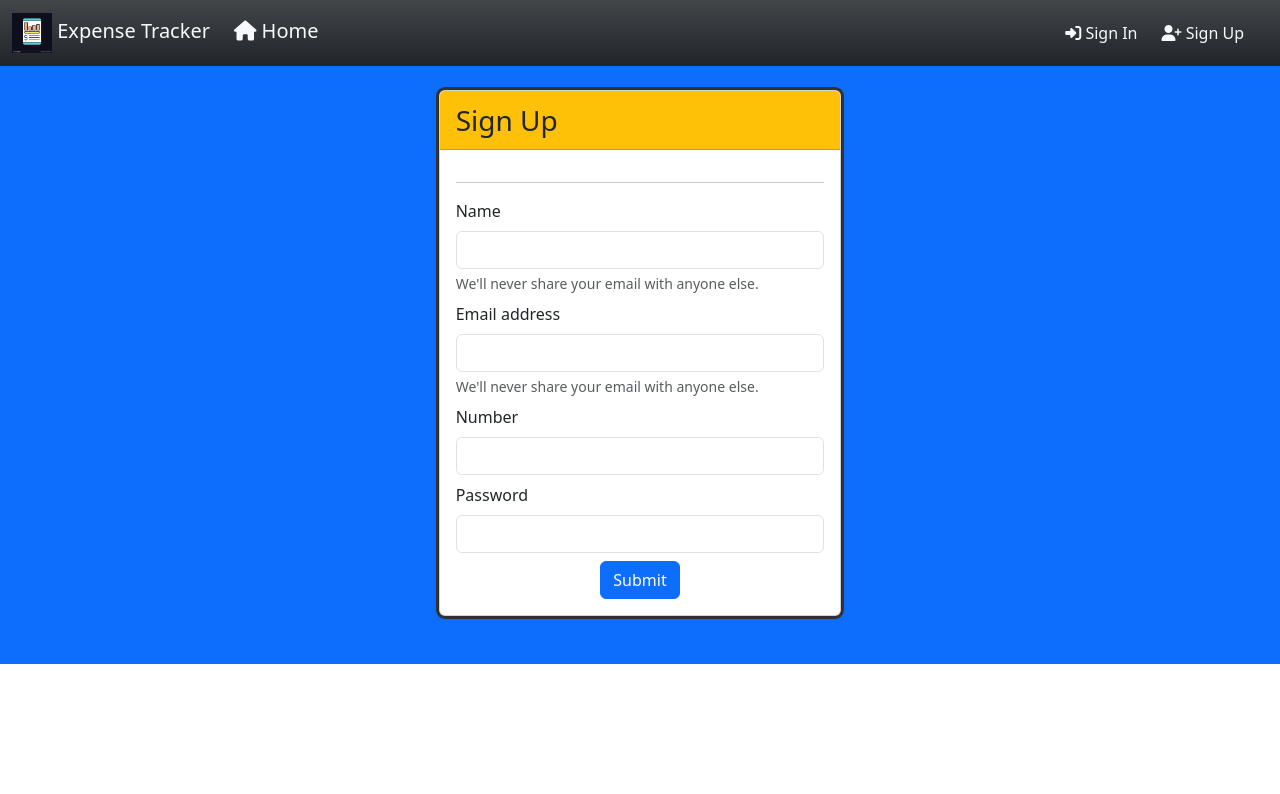
Repository: Gaurav560/OnlineExpenseTracker
Page: http://localhost/Online_Expense_Tracker/register.jsp
The author's editor kept a copy of each file at every save. The page is drawn from the files as they stood at one save, then again after the next save.
The browser window is 1280 px wide. The pictures show the whole page.
The page is served by Tomcat 9. Other server files are loaded and not shown.

Above is the page before, as saved 2023-05-04 15:17:46.

### Online_Expense_Tracker/src/main/webapp/register.jsp
<%@ page language="java" contentType="text/html; charset=ISO-8859-1"
	pageEncoding="ISO-8859-1"%>
<!DOCTYPE html>
<html>
<head>
<meta charset="ISO-8859-1">
<title>Insert title here</title>
<%@include file="component/all_css.jsp"%>
</head>
<style>

</style>
<body>
	<!-- NAVBAR starts here -->
	<%@include file="component/navbar.jsp"%>
	<!-- NAVBAR ends here  -->

	<div class="container-fluid" style="margin-bottom:130px;"  >
		<div class="row bg-primary">
			<div class="col-md-4 offset-md-4 pb-5  ">
				<div class="card mt-4"
					style="box-shadow: rgba(0, 0, 0, 0.16) 0px 1px 4px, rgb(51, 51, 51) 0px 0px 0px 3px;">
					<div class="card-header bg-warning fs-3">Sign Up</div>

					<div class="card-body">

<hr>
						<form>


							<div class="mb-2">
								<label for="exampleInputName1" class="form-label">Name </label>
								<input type="text" class="form-control" id="exampleInputName1"
									aria-describedby="nameHelp">
								<div id="emailHelp" class="form-text">We'll never share
									your email with anyone else.</div>
							</div>
							<div class="mb-2">
								<label for="exampleInputEmail1" class="form-label">Email
									address</label> <input type="email" class="form-control"
									id="exampleInputEmail1" aria-describedby="emailHelp">
								<div id="emailHelp" class="form-text">We'll never share
									your email with anyone else.</div>
							</div>

							<div class="mb-2">
								<label for="exampleInputnumber1" class="form-label">Number
								</label> <input type="number" class="form-control"
									id="exampleInputNumber1" aria-describedby="numberHelp">
								<div id="numberHelp" class="form-text"></div>
							</div>
							<div class="mb-2">
								<label for="exampleInputPassword1" class="form-label">Password</label>
								<input type="password" class="form-control"
									id="exampleInputPassword1">
							</div>
							<div class="text-center">

								<button type="submit" class="btn btn-primary">Submit</button>
							</div>

						</form>


					</div>
				</div>






			</div>







		</div>

	</div>



</body>
</html>

### Online_Expense_Tracker/src/main/webapp/component/all_css.jsp
<!--css cdn   -->
<link
	href="https://cdn.jsdelivr.net/npm/bootstrap@5.3.0-alpha3/dist/css/bootstrap.min.css"
	rel="stylesheet"
	integrity="sha384-KK94CHFLLe+nY2dmCWGMq91rCGa5gtU4mk92HdvYe+M/SXH301p5ILy+dN9+nJOZ"
	crossorigin="anonymous">



<!-- font awesome cdn  -->

<link rel="stylesheet"
	href="https://cdnjs.cloudflare.com/ajax/libs/font-awesome/6.4.0/css/all.min.css"
	integrity="sha512-iecdLmaskl7CVkqkXNQ/ZH/XLlvWZOJyj7Yy7tcenmpD1ypASozpmT/E0iPtmFIB46ZmdtAc9eNBvH0H/ZpiBw=="
	crossorigin="anonymous" referrerpolicy="no-referrer" />



<!--  js cdn -->
	<script
		src="https://cdn.jsdelivr.net/npm/bootstrap@5.3.0-alpha3/dist/js/bootstrap.bundle.min.js"
		integrity="sha384-ENjdO4Dr2bkBIFxQpeoTz1HIcje39Wm4jDKdf19U8gI4ddQ3GYNS7NTKfAdVQSZe"
		crossorigin="anonymous"></script>

### Online_Expense_Tracker/src/main/webapp/component/navbar.jsp
<!--Navbar starts here  -->


	<nav class="navbar navbar-expand-lg bg-dark  bg-gradient">
		<div class="container-fluid">
			<a class="navbar-brand text-light" href="#"><img
				src="img/expenseTracker.jpg" style="height: 40px; width: 40px;">
				Expense Tracker</a>
			<button class="navbar-toggler" type="button"
				data-bs-toggle="collapse" data-bs-target="#navbarSupportedContent"
				aria-controls="navbarSupportedContent" aria-expanded="false"
				aria-label="Toggle navigation">
				<span class="navbar-toggler-icon"></span>
			</button>
			<div class="collapse navbar-collapse" id="navbarSupportedContent">

				<ul class="navbar-nav me-auto mb-2 mb-lg-0">
					<li class="nav-item"><a class="nav-link active text-light fs-5 mb-1"
						aria-current="page" href="index.jsp"><i class="fa-solid fa-house"></i>
							Home</a></li>

				</ul>


				<ul class="navbar-nav ms-auto mb-2 mb-lg-0 me-3">

					<li class="nav-item me-2"><a class="nav-link active text-light"
						href="login.jsp"><i class="fa-solid fa-right-to-bracket"></i> Sign In</a></li>


					<li class="nav-item "><a class="nav-link active text-light "
						href="register.jsp"><i class="fa-solid fa-user-plus"></i> Sign Up</a></li>

				</ul>


			</div>
		</div>
	</nav>
	<!-- Navbar ends here  -->

After the next save:
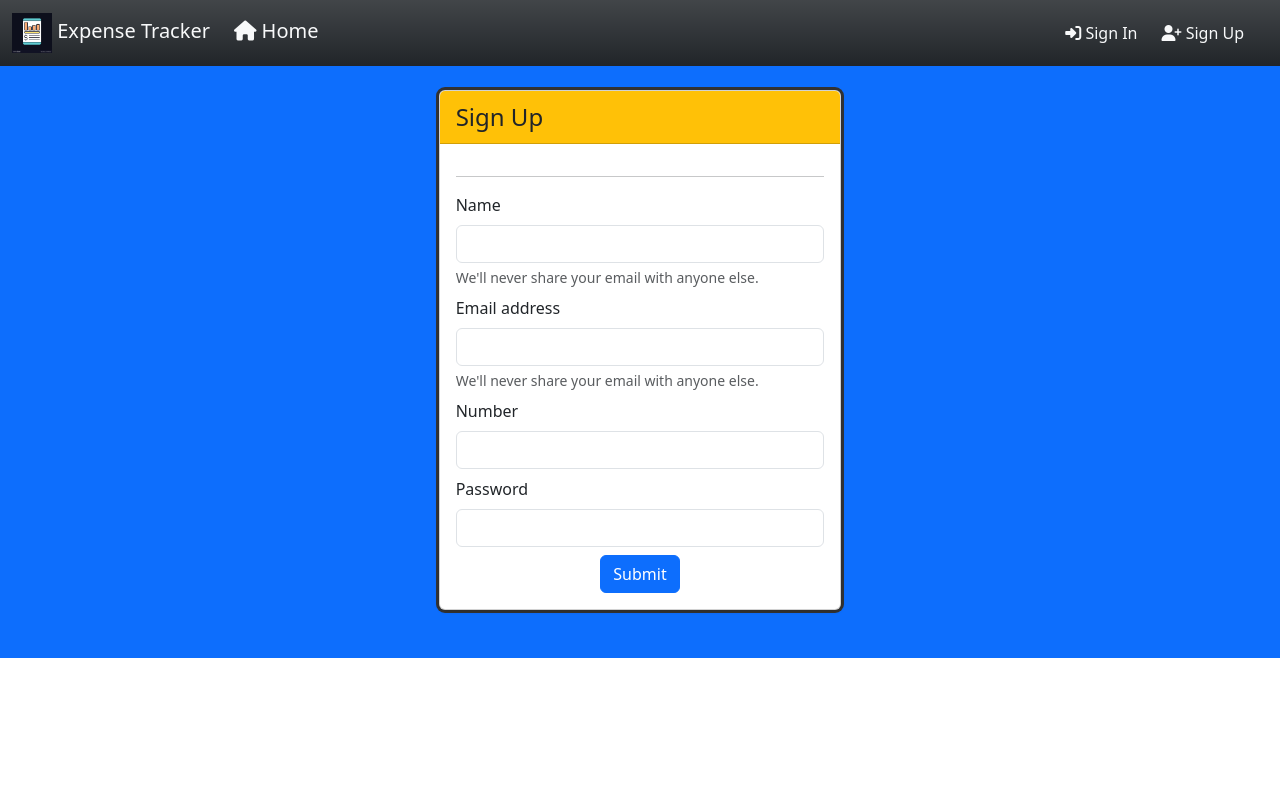
Saved 8 s later.
--- a/Online_Expense_Tracker/src/main/webapp/register.jsp
+++ b/Online_Expense_Tracker/src/main/webapp/register.jsp
@@ -20,7 +20,7 @@
 			<div class="col-md-4 offset-md-4 pb-5  ">
 				<div class="card mt-4"
 					style="box-shadow: rgba(0, 0, 0, 0.16) 0px 1px 4px, rgb(51, 51, 51) 0px 0px 0px 3px;">
-					<div class="card-header bg-warning fs-3">Sign Up</div>
+					<div class="card-header bg-warning fs-4">Sign Up</div>
 
 					<div class="card-body">
 
